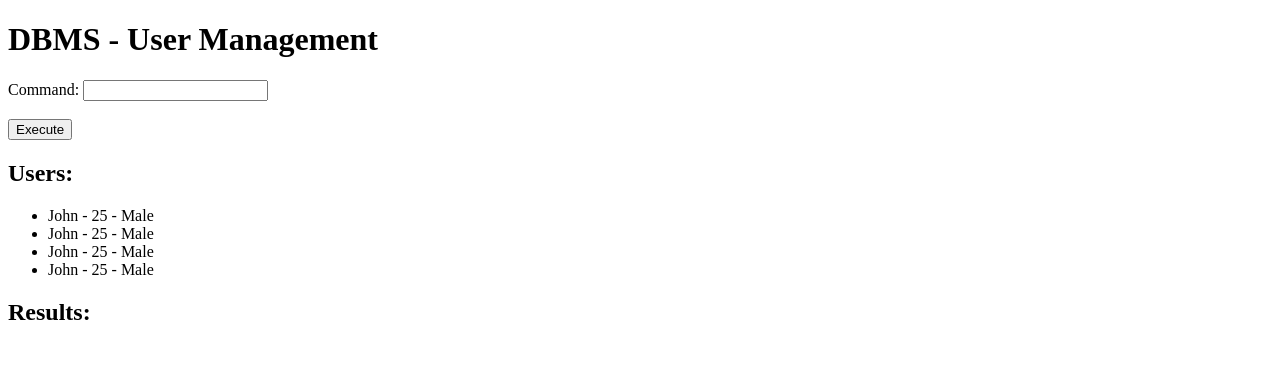
Repository: mark6969/DBMS-use-python
Page: http://localhost/
The author's editor kept a copy of each file at every save. The page is drawn from the files as they stood at one save, then again after the next save.
The browser window is 1280 px wide. The pictures show the whole page.
The page is served by the project's application, run on Flask 3 (run.py).

Above is the page before, as saved 2023-05-19 11:40:46.

After the next save:
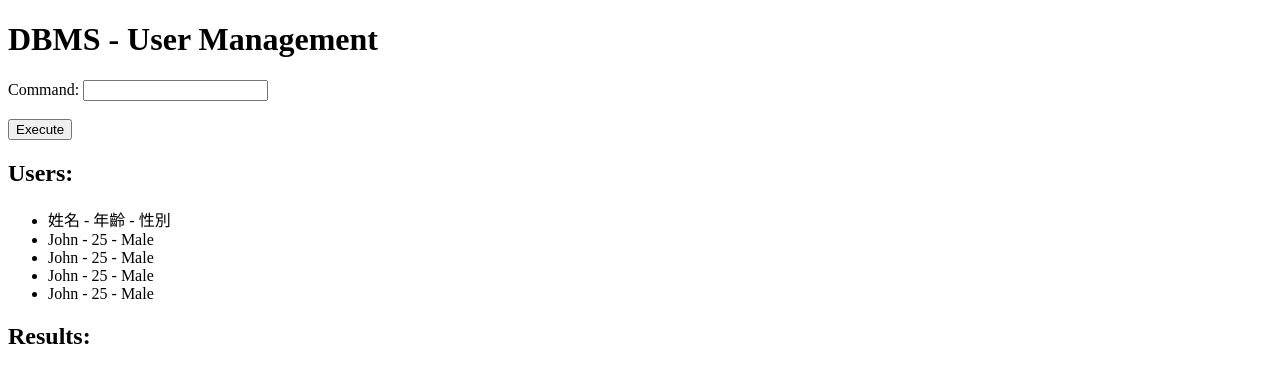
Saved 61 s later.
--- a/templates/index.html
+++ b/templates/index.html
@@ -14,6 +14,7 @@
 
     <h2>Users:</h2>
     <ul>
+        <li>姓名 - 年齡 - 性別</li>
         {% for user in users %}
         <li>{{ user.name }} - {{ user.age }} - {{ user.sex }}</li>
         {% endfor %}
